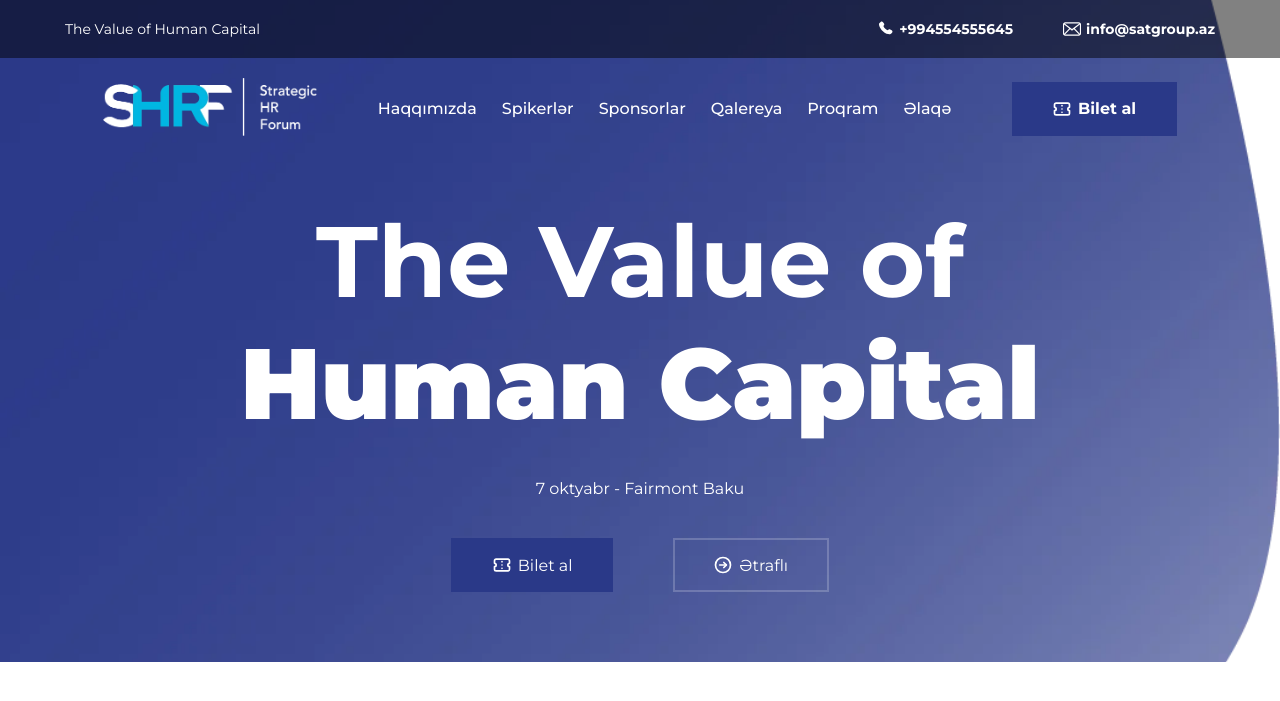
Repository: allahverdiyevabdulhasan/shrf
Page: /
The author's editor kept a copy of each file at every save. The page is drawn from the files as they stood at one save, then again after the next save.
The browser window is 1280 px wide. The pictures show the whole page.
The project was rebuilt for these pictures with package versions that can differ from the ones it lists, and the page was loaded fresh each time. Also part of the build but not shown: vite.config.js, src/App.css.

Above is the page before, as saved 2024-08-16 12:04:09.

### src/App.jsx
import './App.css'
import Header from './components/Header'
import Intro from './components/Intro'

function App() {

  return (
    <div id='page'>
      <Header />
      <Intro />
    </div>
  )
}

export default App

### src/index.css
@import url('https://fonts.googleapis.com/css2?family=Montserrat:ital,wght@0,100..900;1,100..900&display=swap');

* {
  margin: 0;
  box-sizing: border-box;
  padding: 0;
  font-family: Montserrat;
  transition: all .4s ease-in-out;
}

:root {
  --globalPrimary: #2a3988;
}

ul {
  padding: 0;
  list-style: none;
}

a {
  color: #fff;
  text-decoration: none;
}

button {
  cursor: pointer;
}

.container {
  max-width: 1170px;
  margin: 0 auto;
  padding: 0 10px;
}
#page{
  position: relative;
}

.buy__button {
  display: flex;
  align-items: center;
  border: 2px solid transparent;
  background: var(--globalPrimary);
  font-size: clamp(14px, 3vw, 16px);
  font-weight: 700;
  color: #fff;
  padding: clamp(7px, 3vw, 15px) clamp(20px, 3vw, 40px);
  & svg{
    margin: 0 6px 0 0;
  }
  &:hover {
    box-shadow: 0 3px 10px 3px #fff;
    transform: translateY(-3px);
  }
}

### src/components/Header/index.jsx

import { useState } from 'react'
import NavItems from './navItems'
import s from './style.module.css'

export default function Header() {

    const [showBurgerMenu, setShowBurgerMenu] = useState(false);

    return (
        <>
            <div className={`${s.burger__menu} ${showBurgerMenu ? s.show__menu : ''}`}>
                <NavItems />
            </div>
            <header >



                <div className={s.top}>
                    <div className="container">
                        <div className={s.top__left}>
                            The Value of Human Capital
                        </div>
                        <div className={s.top__right}>
                            <ul>
                                <li>
                                    <a href="tel:+994554555645">
                                        <svg width={18} viewBox="0 0 24 24" fill="none" xmlns="http://www.w3.org/2000/svg"><g id="SVGRepo_bgCarrier" stroke-width="0"></g><g id="SVGRepo_tracerCarrier" stroke-linecap="round" stroke-linejoin="round"></g><g id="SVGRepo_iconCarrier"> <path d="M16.5562 12.9062L16.1007 13.359C16.1007 13.359 15.0181 14.4355 12.0631 11.4972C9.10812 8.55901 10.1907 7.48257 10.1907 7.48257L10.4775 7.19738C11.1841 6.49484 11.2507 5.36691 10.6342 4.54348L9.37326 2.85908C8.61028 1.83992 7.13596 1.70529 6.26145 2.57483L4.69185 4.13552C4.25823 4.56668 3.96765 5.12559 4.00289 5.74561C4.09304 7.33182 4.81071 10.7447 8.81536 14.7266C13.0621 18.9492 17.0468 19.117 18.6763 18.9651C19.1917 18.9171 19.6399 18.6546 20.0011 18.2954L21.4217 16.883C22.3806 15.9295 22.1102 14.2949 20.8833 13.628L18.9728 12.5894C18.1672 12.1515 17.1858 12.2801 16.5562 12.9062Z" fill="#ffffff"></path> </g></svg>
                                        +994554555645</a>
                                </li>
                                <li>
                                    <a href="mailto:info@satgroup.az">
                                        <svg width={18} viewBox="0 -4 32 32" version="1.1" xmlns="http://www.w3.org/2000/svg" xmlns:xlink="http://www.w3.org/1999/xlink" xmlns:sketch="http://www.bohemiancoding.com/sketch/ns" fill="#000000"><g id="SVGRepo_bgCarrier" stroke-width="0"></g><g id="SVGRepo_tracerCarrier" stroke-linecap="round" stroke-linejoin="round"></g><g id="SVGRepo_iconCarrier"> <title>mail</title> <desc>Created with Sketch Beta.</desc> <defs> </defs> <g id="Page-1" stroke="none" stroke-width="1" fill="none" fill-rule="evenodd" sketch:type="MSPage"> <g id="Icon-Set" sketch:type="MSLayerGroup" transform="translate(-412.000000, -259.000000)" fill="#ffffff"> <path d="M442,279 C442,279.203 441.961,279.395 441.905,279.578 L433,270 L442,263 L442,279 L442,279 Z M415.556,280.946 L424.58,271.33 L428,273.915 L431.272,271.314 L440.444,280.946 C440.301,280.979 415.699,280.979 415.556,280.946 L415.556,280.946 Z M414,279 L414,263 L423,270 L414.095,279.578 C414.039,279.395 414,279.203 414,279 L414,279 Z M441,261 L428,271 L415,261 L441,261 L441,261 Z M440,259 L416,259 C413.791,259 412,260.791 412,263 L412,279 C412,281.209 413.791,283 416,283 L440,283 C442.209,283 444,281.209 444,279 L444,263 C444,260.791 442.209,259 440,259 L440,259 Z" id="mail" sketch:type="MSShapeGroup"> </path> </g> </g> </g></svg>
                                        info@satgroup.az</a>
                                </li>
                            </ul>
                        </div>
                    </div>
                </div>
                <div className="container">

                    <div className={s.header__items}>
                        <div className={s.logo}>
                            <a href="/"><img src="./public/assets/img/logo.webp" alt="Logo" /></a>
                        </div>

                        <NavItems />
                        <div className={s.burger__btn}>
                            <label class={s.bar} for="check" onClick={() => setShowBurgerMenu(!showBurgerMenu)}>
                                <input type="checkbox" id="check" />

                                    <span class={s.top}></span>
                                    <span class={s.middle}></span>
                                    <span class={s.bottom}></span>
                            </label>
                        </div>
                    </div>
                </div>

            </header>

        </>
    )
}

### src/components/Intro/index.jsx
import s from './style.module.css'

export default function Intro() {


    return (
        <div className={s.intro}>
            <div className={s.intro__content}>
                <h1>
                    The Value of
                    <br />
                    <span>Human Capital</span>
                </h1>

                <p>7 oktyabr - Fairmont Baku</p>

                <div className={s.buttons}>
                <button className='buy__button'>
                <svg width={20} viewBox="0 0 24 24" fill="none" xmlns="http://www.w3.org/2000/svg"><g id="SVGRepo_bgCarrier" stroke-width="0"></g><g id="SVGRepo_tracerCarrier" stroke-linecap="round" stroke-linejoin="round"></g><g id="SVGRepo_iconCarrier"> <path d="M12 16H12.01M12 12H12.01M12 8H12.01M21 14V17C21 18.1046 20.1046 19 19 19H5C3.89543 19 3 18.1046 3 17V14C4.10457 14 5 13.1046 5 12C5 10.8954 4.10457 10 3 10V7C3 5.89543 3.89543 5 5 5H19C20.1046 5 21 5.89543 21 7V10C19.8954 10 19 10.8954 19 12C19 13.1046 19.8954 14 21 14Z" stroke="#ffffff" stroke-width="2" stroke-linecap="round" stroke-linejoin="round"></path> </g></svg>
                    Bilet al
                </button>
                <a href="" className='buy__button'>
                <svg  width={20} viewBox="0 0 24 24" fill="none" xmlns="http://www.w3.org/2000/svg"><g id="SVGRepo_bgCarrier" stroke-width="0"></g><g id="SVGRepo_tracerCarrier" stroke-linecap="round" stroke-linejoin="round"></g><g id="SVGRepo_iconCarrier"> <path d="M21 12C21 16.9706 16.9706 21 12 21C7.02944 21 3 16.9706 3 12C3 7.02944 7.02944 3 12 3C16.9706 3 21 7.02944 21 12Z" stroke="#ffffff" stroke-width="2"></path> <path d="M16 12L8 12" stroke="#ffffff" stroke-width="2" stroke-linecap="round" stroke-linejoin="round"></path> <path d="M13 15L15.913 12.087V12.087C15.961 12.039 15.961 11.961 15.913 11.913V11.913L13 9" stroke="#ffffff" stroke-width="2" stroke-linecap="round" stroke-linejoin="round"></path> </g></svg>

                Ətraflı
                </a>
                </div>
            </div>
        </div>
    )
}

### src/components/Header/navItems/index.jsx


export default function NavItems() {


    return (
        <>
            <nav>
                <ul>
                    <li><a href="">Haqqımızda</a></li>
                    <li><a href="">Spikerlər</a></li>
                    <li><a href="">Sponsorlar</a></li>
                    <li><a href="">Qalereya</a></li>
                    <li><a href="">Proqram</a></li>
                    <li><a href="">Əlaqə</a></li>
                </ul>
            </nav>
            <button className='buy__button'>
                <svg width={20} viewBox="0 0 24 24" fill="none" xmlns="http://www.w3.org/2000/svg"><g id="SVGRepo_bgCarrier" stroke-width="0"></g><g id="SVGRepo_tracerCarrier" stroke-linecap="round" stroke-linejoin="round"></g><g id="SVGRepo_iconCarrier"> <path d="M12 16H12.01M12 12H12.01M12 8H12.01M21 14V17C21 18.1046 20.1046 19 19 19H5C3.89543 19 3 18.1046 3 17V14C4.10457 14 5 13.1046 5 12C5 10.8954 4.10457 10 3 10V7C3 5.89543 3.89543 5 5 5H19C20.1046 5 21 5.89543 21 7V10C19.8954 10 19 10.8954 19 12C19 13.1046 19.8954 14 21 14Z" stroke="#ffffff" stroke-width="2" stroke-linecap="round" stroke-linejoin="round"></path> </g></svg>
                Bilet al
            </button>
        </>
    )
}

### src/components/Header/style.module.css
header {
    position: absolute;
    top: 0;
    left: 50%;
    width: 100%;
    transform: translateX(-50%);
}

.burger__menu{
    position: fixed;
    inset: 0;
    background-color: red;
    z-index: 999;
    display: none;
    right: 100%;
}


.top {
    padding: 20px 0;
    color: #fff;
    font-size: 14px;
    & > div{
        width: 100%;
        display: flex;
        justify-content: space-between;
        align-items: center;
    }
}

.top__right {
    & a,
    & ul {
        display: flex;
        align-items: center;
        font-weight: 700;
        flex-wrap: wrap;
        justify-content: end;
    }

    & li {
        margin: 0 0 0 50px;
        &:first-child{
            margin: 0;
        }
    }

    & svg {
        margin: 0 5px 0 0;
    }

    & a:hover {
        text-shadow: 0 0 10px #fff;

    }
}


.header__items {
    display: flex;
    padding: clamp(10px, 3vw, 20px) clamp(25px, 3vw, 50px);
    align-items: center;
    justify-content: space-between;

    & .logo{
        max-width: 214px;
        min-width: 150px;
        & img{
            width: 100%;
        }
    }

    & nav{
        margin: 0 10px;
    }

    & ul {
        display: flex;
        & li{
            margin: 0 25px 0 0;
            position: relative;
            &::after{
                content: '';
                position: absolute;
                bottom: 0;
                left: 0;
                width: 0;
                height: 3px;
                border-radius: 3px;
                background-color: #00FFF0;
                transition: all .4s ease-in-out;
            }
            &:hover{
                & a{
                    color: #00FFF0;
                }
                &::after{
                    width: 100%;
                }
            }
            & a{
                display: inline-block;
                padding: 10px 0;
                font-weight: 500;
            }
            &:last-child{
                margin: 0;
            }
        }
    }
}


.burger__btn{
    display: none;
    & input {
    -webkit-appearance: none;
    display: none;
    visibility: hidden;
  }

  & .bar {
    display: block;
    position: relative;
    cursor: pointer;
    width: 50px;
    height: 40px;
  }

  & .bar span {
    position: absolute;
    width: 45px;
    height: 7px;
    background: #f1faee;
    padding: 0;
    border-radius: 100px;
    display: inline-block;
    transition: 0.3s ease;
    left: 0;
  }

  & .bar span.top {
    top: 0;
  }

  & .bar span.middle {
    top: 17px;
  }

  & .bar span.bottom {
    bottom: 0;
  }

  & input[type]:checked ~ span.top {
    transform: rotate(45deg);
    transform-origin: top left;
    width: 48px;
    left: 5px;
  }

  & input[type]:checked ~ span.bottom {
    transform: rotate(-45deg);
    transform-origin: top left;
    width: 48px;
    bottom: -1px;
    box-shadow: 0 0 10px #495057;
  }

  & input[type]:checked ~ span.middle {
    transform: translateX(-20px);
    opacity: 0;
  }
}



@media only screen and (width < 1290px){
    header{
        .top{
            background: #0000007e;
        }
    }
}

@media only screen and (width < 1100px){
    header{
       & .header__items{
        & nav, & button{
            display: none;
        }
       }
       & .top li {
        margin: 0;
       }
    }
    .burger__btn{
        display: block;
        position: fixed;
        right: 0;
    }
    .burger__menu{
        display: block;
        overflow: hidden;
        &.show__menu{
            right: 0;
        }
    }
}

### src/components/Intro/style.module.css
.intro{
    min-height: 80vh;
    background: url('./../../../public/assets/img/introBg.webp') center/cover;
    display: flex;
    align-items: center;
    justify-content: center;

    & h1{
        font-size: clamp(45px, 8vw, 100px);
        color: #fff;
        text-align: center;
        margin: 200px 0 0 0;
        & span{
            font-weight: 900;
        }
    }
}

.intro__content{
    margin: 0 0 70px 0;
    & > p{
        color: #fff;
        text-align: center;
        margin: 35px 0  40px 0;
    }

    & .buttons{
        display: flex;
        justify-content: center;
        align-items: center;
        & button, & a{
            font-weight: 400;
            margin: 0 clamp(10px, 3vw, 30px);
        }
        & a{
            background: none;
            border-color: #FFFFFF33;
            &:hover{
                background-color: var(--globalPrimary);
            }
        }
    }
}

Loaded but not shown: index.html (common file); src/main.jsx (common file)

After the next save:
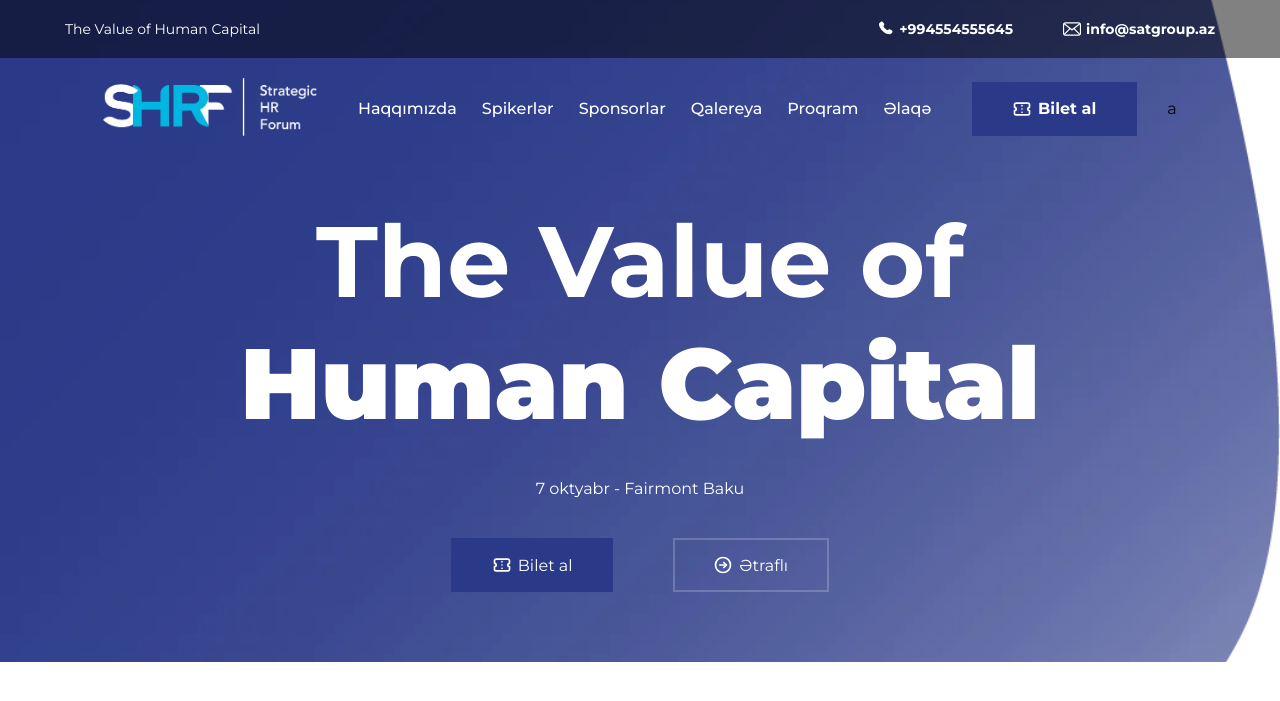
Saved 55 s later.
--- a/src/components/Header/index.jsx
+++ b/src/components/Header/index.jsx
@@ -45,8 +45,9 @@ export default function Header() {
                         </div>
 
                         <NavItems />
+                        <div onClick={() => setShowBurgerMenu(!showBurgerMenu)}>a</div>
                         <div className={s.burger__btn}>
-                            <label class={s.bar} for="check" onClick={() => setShowBurgerMenu(!showBurgerMenu)}>
+                            <label class={s.bar} for="check" >
                                 <input type="checkbox" id="check" />
 
                                     <span class={s.top}></span>
